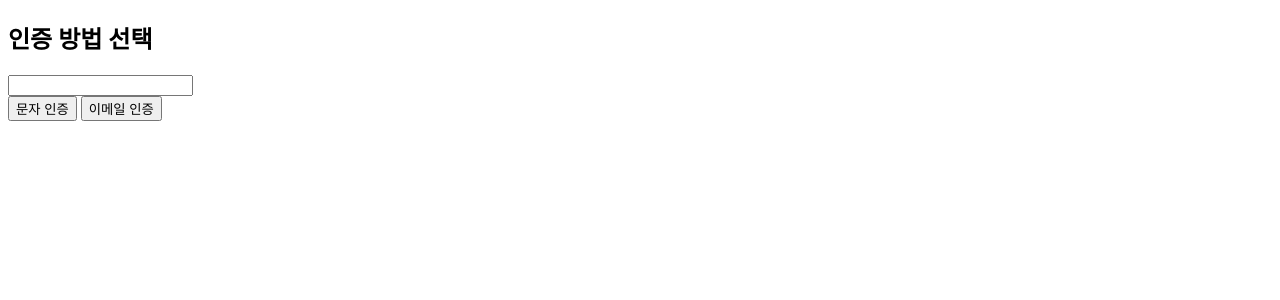
Repository: 0hmuse/day0330-2
Page: day0330-1/src/main/resources/static/test2.html
An editor plug-in stored every save of this project. The page is shown before and after the next save, followed by the edit.
The browser window is 1280 px wide. The pictures show the whole page.

Above is the page before, as saved 2020-03-30 08:39:11.
Console error: SyntaxError: Invalid or unexpected token

### day0330-1/src/main/resources/static/test2.html
<!DOCTYPE html>
<html>
<head>
<meta charset="EUC-KR">
<title>Insert title here</title>
<script type="text/javascript" src="https://code.jquery.com/jquery-3.4.1.min.js"></script>
<script type="text/javascript">
$(function(){
	var data = #("#f").serialize();

	$("#sms").click("/sms.do",{data:data,function(){

	}})

	$("#email").click("/email.do",{data:data,function(){

	}})
})

</script>
</head>
<body>
<h2>인증 방법 선택</h2>

<form id="f">
	<input type="text" id="in" name="in">
</form>

	<button id="sms">문자 인증</button>
	<button id="email">이메일 인증</button>
</body>
</html>

After the next save:
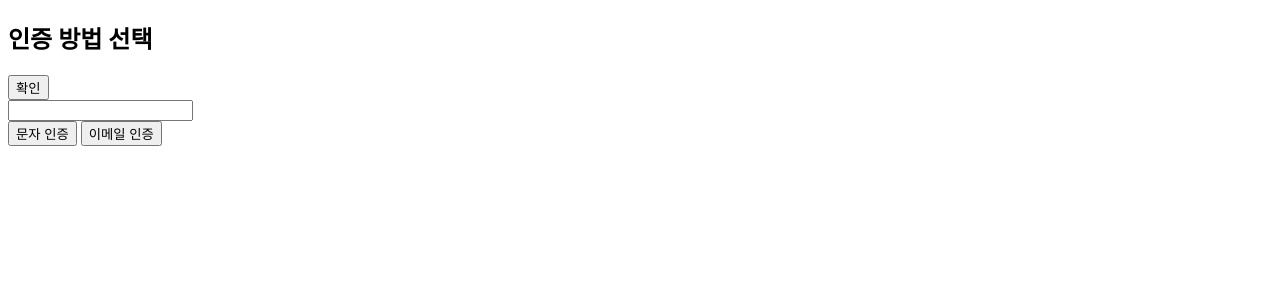
Saved 53 s later.
--- a/day0330-1/src/main/resources/static/test2.html
+++ b/day0330-1/src/main/resources/static/test2.html
@@ -20,8 +20,9 @@ $(function(){
 </script>
 </head>
 <body>
+
 <h2>인증 방법 선택</h2>
-
+<button>확인</button>
 <form id="f">
 	<input type="text" id="in" name="in">
 </form>
